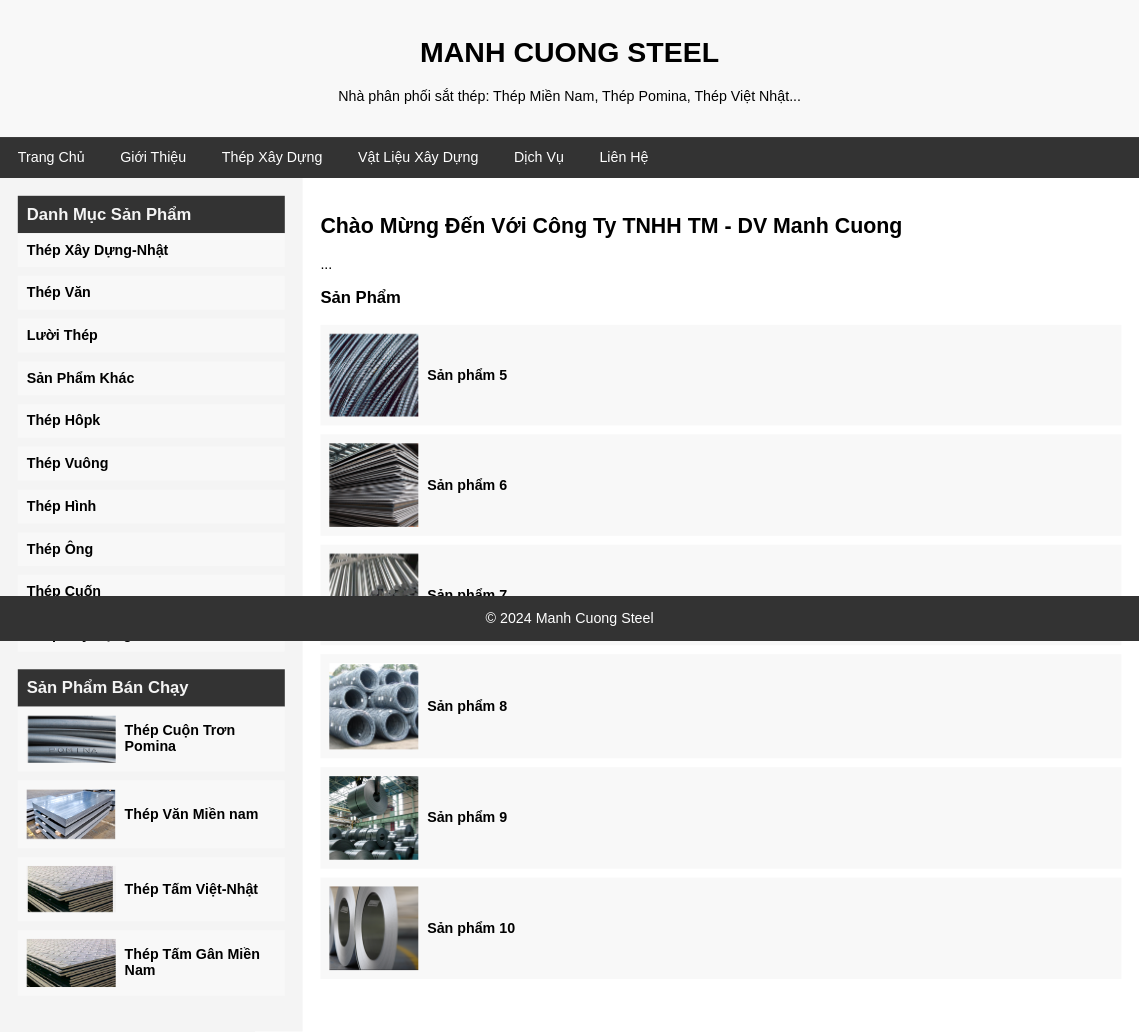
Repository: voduyquang123/quang2k4
Page: quang/FE/index.html
The author's editor kept a copy of each file at every save. The page is drawn from the files as they stood at one save, then again after the next save.
The browser window is 1280 px wide. The pictures show the whole page, at 89% of full size.

Above is the page before, as saved 2024-06-22 10:43:42.

After the next save:
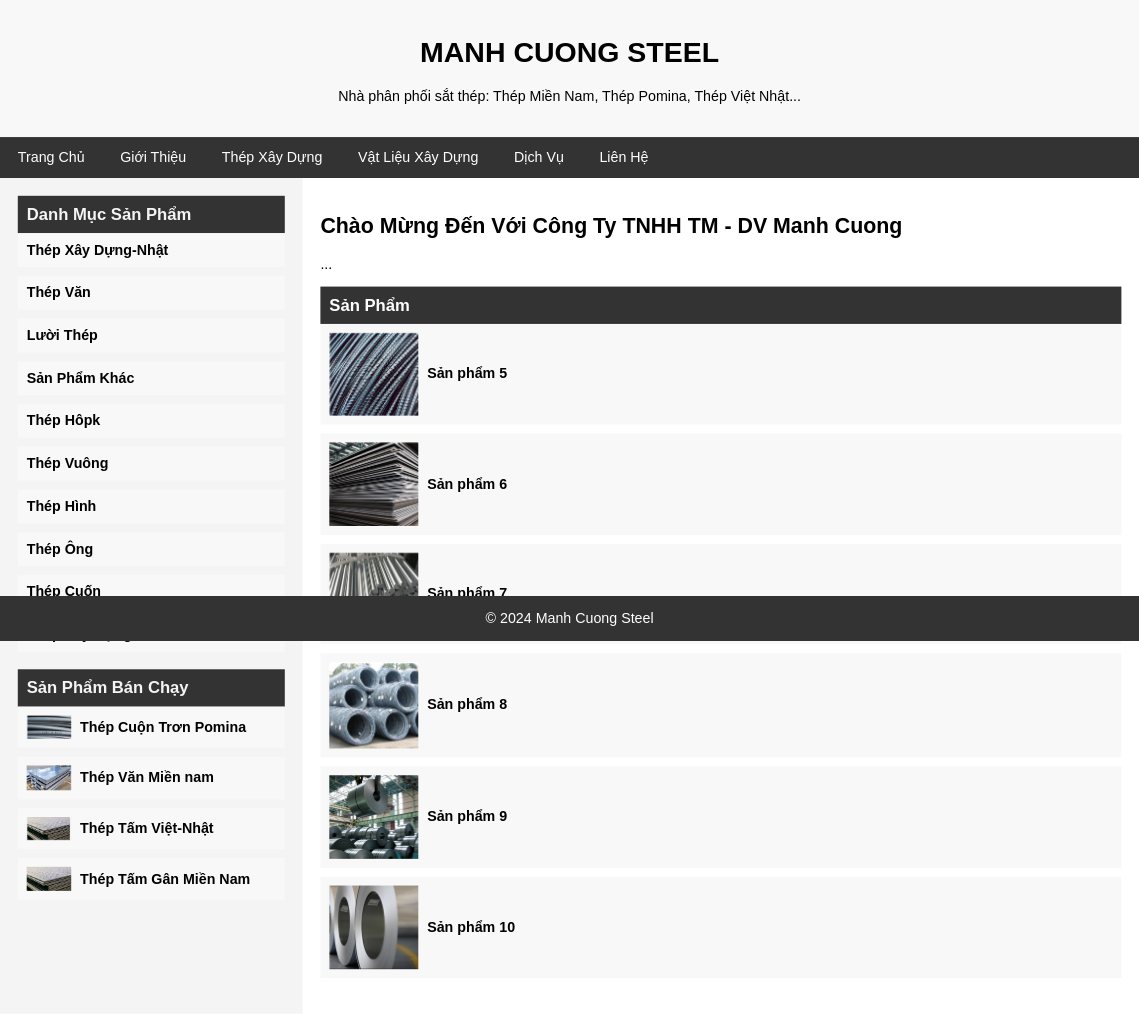
Saved 105 s later.
--- a/quang/FE/index.html
+++ b/quang/FE/index.html
@@ -131,7 +131,7 @@
         }
 
         .product-list li img,
-        .best-sellers li img {
+        .best-sellers liauto {
             width: 100px;
             height: auto;
 
@@ -185,7 +185,7 @@
         <div class="content">
             <h2>Chào Mừng Đến Với Công Ty TNHH TM - DV Manh Cuong</h2>
             <p>...</p>
-            <h3>Sản Phẩm</h3>
+            <h3 class="highlighted-title">Sản Phẩm</h3>
             <div class="product-list">
                 <ul>
                     <li><img src="img/5.png" alt="Sản phẩm 5" width="100"> Sản phẩm 5</li>
